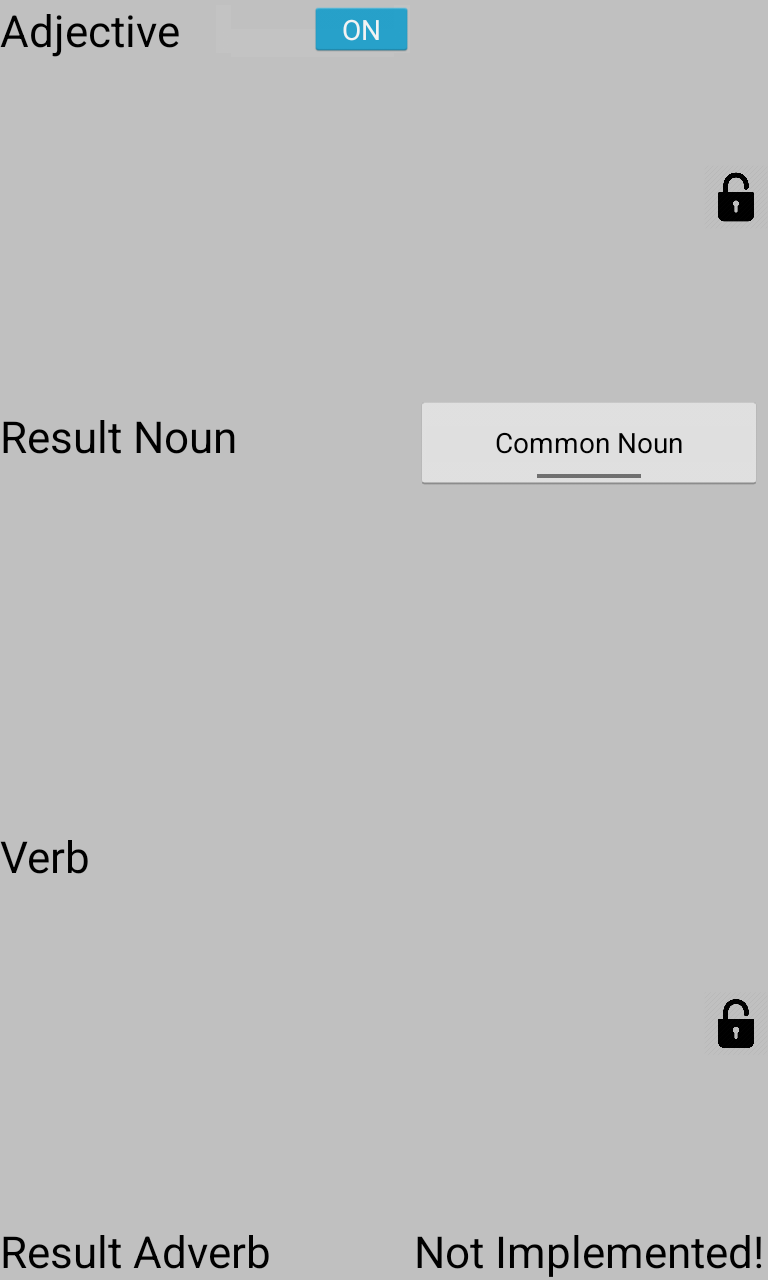
Repository: TheDizzler/TableTopTools
Layout: RPGTools/res/layout/fragment_result_controls.xml
The author's editor kept a copy of each file at every save. The layout is drawn from the files as they stood at one save, then again after the next save.
It is drawn on a 768 x 1280 px phone screen (xhdpi) without system bars, with theme AppTheme; the app's code is not run.

Above is the layout before, as saved 2017-03-22 09:40:21.

### RPGTools/res/layout/fragment_result_controls.xml
<?xml version="1.0" encoding="utf-8"?>
<TableLayout xmlns:android="http://schemas.android.com/apk/res/android"
    android:layout_width="match_parent"
    android:layout_height="match_parent"
    android:background="#C0C0C0"
    android:measureWithLargestChild="true"
    android:orientation="vertical"
    android:weightSum="3" >

    <TableRow
        android:id="@+id/tableRow1"
        android:layout_width="match_parent"
        android:layout_height="wrap_content"
        android:layout_weight="1"
        android:orientation="horizontal"
        android:weightSum="2" >

        <Switch
            android:id="@+id/switch_resultAdjective"
            android:layout_width="wrap_content"
            android:layout_height="wrap_content"
            android:checked="true"
            android:text="Adjective"
            android:textAppearance="?android:attr/textAppearanceLarge" />

        <Spinner
            android:id="@+id/spacer1"
            android:layout_width="wrap_content"
            android:layout_height="match_parent"
            android:layout_span="1"
            android:layout_weight="1"
            android:visibility="invisible" />

        <Spinner
            android:id="@+id/spacer2"
            android:layout_width="wrap_content"
            android:layout_height="match_parent"
            android:layout_span="1"
            android:layout_weight="1"
            android:visibility="invisible" />

        <ImageView
            android:id="@+id/lockBtn_resultAdjective"
            android:layout_width="32dp"
            android:layout_height="match_parent"
            android:layout_weight="1"
            android:src="@drawable/unlocked" />
    </TableRow>

    <TableRow
        android:id="@+id/tableRow2"
        android:layout_width="match_parent"
        android:layout_height="wrap_content"
        android:layout_weight="1"
        android:orientation="horizontal"
        android:weightSum="4" >

        <TextView
            android:id="@+id/textView2"
            android:layout_width="wrap_content"
            android:layout_height="wrap_content"
            android:text="Result Noun"
            android:textAppearance="?android:attr/textAppearanceLarge" />

        <ToggleButton
            android:id="@+id/toggleBtn_resultProperNoun"
            android:layout_width="wrap_content"
            android:layout_height="wrap_content"
            android:textOff="Common Noun"
            android:textOn="Proper Noun" />

        <ToggleButton
            android:id="@+id/toggleBtn_resultNounPlural"
            android:layout_width="wrap_content"
            android:layout_height="wrap_content"
            android:textOff="Single"
            android:textOn="Plural" />

        <ImageView
            android:id="@+id/lockBtn_resultNoun"
            android:layout_width="32dp"
            android:layout_height="match_parent"
            android:layout_weight="1"
            android:src="@drawable/unlocked" />
    </TableRow>

    <TableRow
        android:id="@+id/tableRow3"
        android:layout_width="match_parent"
        android:layout_height="wrap_content"
        android:layout_weight="1"
        android:weightSum="2" >

        <TextView
            android:id="@+id/textView1"
            android:layout_width="wrap_content"
            android:layout_height="wrap_content"
            android:text="Verb"
            android:textAppearance="?android:attr/textAppearanceLarge" />

        <Spinner
            android:id="@+id/spacer1"
            android:layout_width="wrap_content"
            android:layout_height="match_parent"
            android:layout_span="1"
            android:layout_weight="1"
            android:visibility="invisible" />

        <Spinner
            android:id="@+id/spacer2"
            android:layout_width="wrap_content"
            android:layout_height="match_parent"
            android:layout_span="1"
            android:layout_weight="1"
            android:visibility="invisible" />

        <ImageView
            android:id="@+id/lockBtn_resultVerb"
            android:layout_width="32dp"
            android:layout_height="match_parent"
            android:layout_weight="1"
            android:src="@drawable/unlocked" />
    </TableRow>

    <TableRow
        android:id="@+id/tableRow4"
        android:layout_width="match_parent"
        android:layout_height="wrap_content"
        android:layout_weight="1"
        android:weightSum="2" >

        <TextView
            android:id="@+id/textView3"
            android:layout_width="wrap_content"
            android:layout_height="wrap_content"
            android:text="Result Adverb"
            android:textAppearance="?android:attr/textAppearanceLarge" />

        <TextView
            android:id="@+id/textView4"
            android:layout_width="wrap_content"
            android:layout_height="wrap_content"
            android:text="Not Implemented!"
            android:textAppearance="?android:attr/textAppearanceLarge" />
    </TableRow>

</TableLayout>

Loaded but not shown: RPGTools/res/values/styles.xml (common file); RPGTools/res/values-v11/styles.xml (common file); RPGTools/res/values-v14/styles.xml (common file)

After the next save:
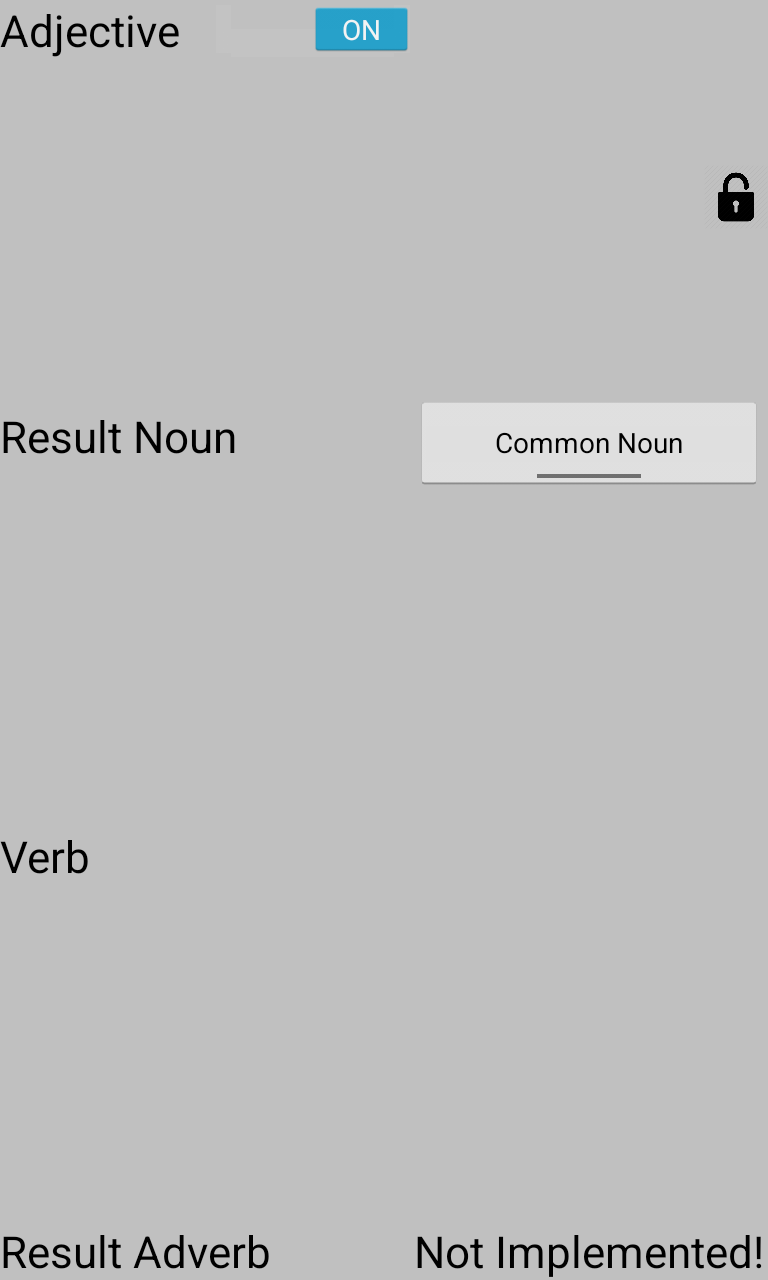
Saved 13 s later.
--- a/RPGTools/res/layout/fragment_result_controls.xml
+++ b/RPGTools/res/layout/fragment_result_controls.xml
@@ -89,7 +89,7 @@
         android:layout_width="match_parent"
         android:layout_height="wrap_content"
         android:layout_weight="1"
-        android:weightSum="2" >
+        android:weightSum="4" >
 
         <TextView
             android:id="@+id/textView1"
@@ -99,7 +99,7 @@
             android:textAppearance="?android:attr/textAppearanceLarge" />
 
         <Spinner
-            android:id="@+id/spacer1"
+            android:id="@+id/spacer3"
             android:layout_width="wrap_content"
             android:layout_height="match_parent"
             android:layout_span="1"
@@ -107,7 +107,7 @@
             android:visibility="invisible" />
 
         <Spinner
-            android:id="@+id/spacer2"
+            android:id="@+id/spacer4"
             android:layout_width="wrap_content"
             android:layout_height="match_parent"
             android:layout_span="1"
